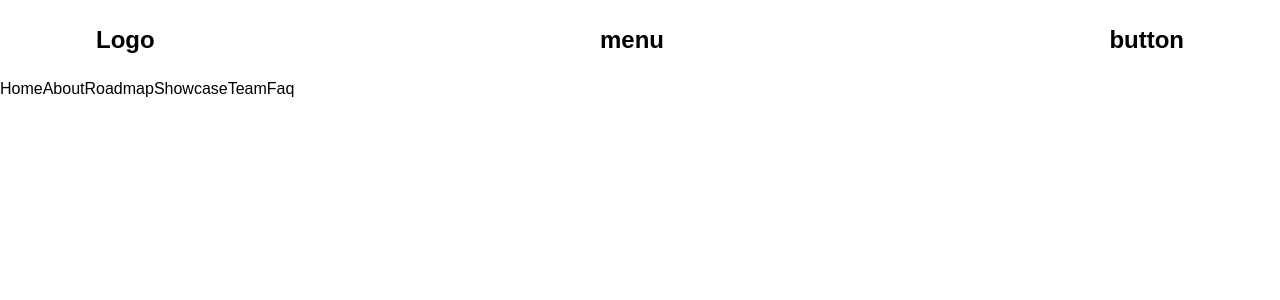
Repository: guilhermecardoso93/The-Weirdos-NFT-Website-Starter-Code
Page: /
These files come from the project's save history. The page is drawn as it stood at one moment and after the next save; the edit follows.
The browser window is 1280 px wide. The pictures show the whole page.
Some web fonts or font styles are not loaded; a fallback is used. The project was rebuilt for these pictures with package versions that can differ from the ones it lists, and the page was loaded fresh each time.

Above is the page before, as saved 2023-11-13 18:49:37.

After the next save:
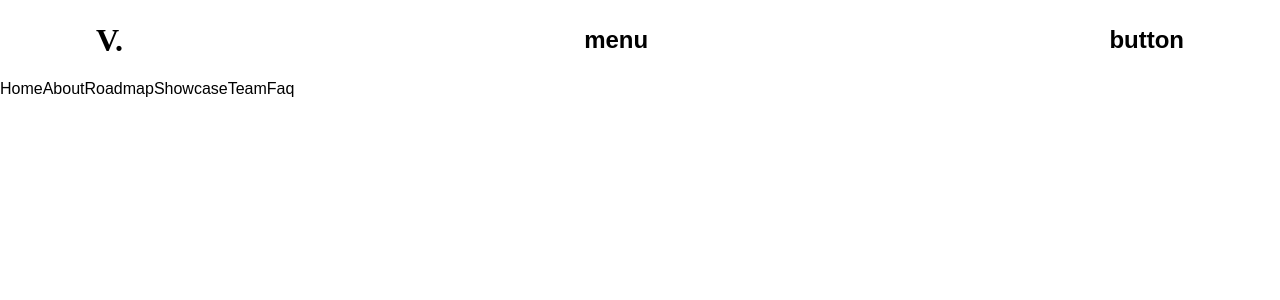
Saved 18 s later.
--- a/src/components/Navigation/index.jsx
+++ b/src/components/Navigation/index.jsx
@@ -1,10 +1,11 @@
+import { Logo } from "../Logo";
 import { Section, NavBar } from "./style";
 
 export function Navigation() {
   return (
     <Section>
       <NavBar>
-        <h2>Logo</h2>
+        <Logo />
         <h2>menu</h2>
         <h2>button</h2>
       </NavBar>
